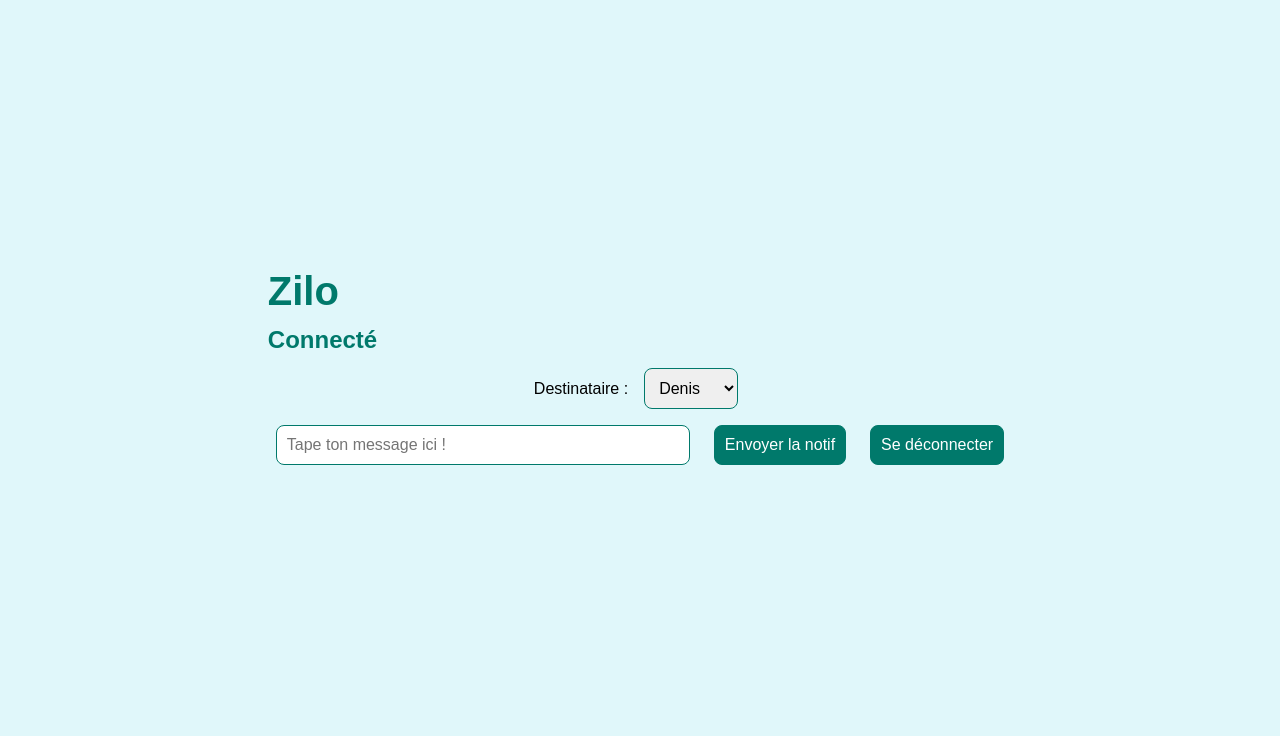
Repository: nlagardere/LumoNet
Page: public/index.html
These files come from the project's save history. The page is drawn as it stood at one moment and after a run of saves; the edit follows.
The browser window is 1280 px wide. The pictures show the whole page.

Above is the page before, as saved 2025-08-18 19:59:13.

### public/index.html
<!DOCTYPE html>
<html lang="fr">
<head>
  <meta charset="UTF-8" />
  <meta name="viewport" content="width=device-width, initial-scale=1.0" />
  <title>Zilo</title>
  <style>
    body {
      font-family: Arial, sans-serif;
      display:flex; flex-direction:column;
      align-items:center; justify-content:center;
      height:100vh; background:#e0f7fa;
    }

    h1, h2 {
      color:#00796b;
      margin:6px 0;
    }

    select, input, button {
      margin:8px;
      padding:10px;
      font-size:16px;
      border-radius:8px;
      border:1px solid #00796b;
    }

    button {
      background:#00796b;
      color:#fff;
      cursor:pointer;
    }

    button:hover{
      background:#004d40;
    }

    .row{
      display:flex;
      gap:8px;
      flex-wrap:wrap;
      align-items:center;
      justify-content:center;
    }


     .card h1 {
      font-size:2.5em;
      margin-bottom:12px;
      position: relative;
      top: 0px;
     }


  </style>
</head>
<body>
  <div class="card">
    <h1>Zilo</h1>
    <h2 id="welcome">Connecté</h2>

    <div class="row">
      <label for="recipient">Destinataire :</label>
      <select id="recipient">
        <option value="denis">Denis</option>
        <option value="nathan">Nathan</option>
      </select>
    </div>

    <div class="row">
      <input id="message" type="text" placeholder="Tape ton message ici !" size="40" />
      <button id="send">Envoyer la notif</button>
      <button id="logout">Se déconnecter</button>
    </div>
  </div>

  <script>
    const messageInput = document.getElementById('message');

    async function send(){
      const recipient = document.getElementById('recipient').value;
      const message = messageInput.value.trim();
      if(!message){ alert('Écris un message !'); return; }

      const res = await fetch('/api/send', {
        method:'POST', headers:{'Content-Type':'application/json'},
        body: JSON.stringify({ recipient, message })
      });
      const data = await res.json();
      if(data.ok){
        messageInput.value = '';
        alert('Notification envoyée !');
      } else {
        if(res.status === 401){
          // non connecté → renvoie vers la connexion
          window.location.href = '/login.html';
        } else {
          alert('Erreur : ' + (data.error||'inconnue'));
        }
      }
    }

    async function logout(){
      await fetch('/api/logout');
      window.location.href = '/login.html';
    }

    document.getElementById('send').addEventListener('click', send);
    document.getElementById('logout').addEventListener('click', logout);
    messageInput.addEventListener('keydown', e => { if(e.key==='Enter') send(); });
  </script>
</body>
</html>

After the next 5 saves:
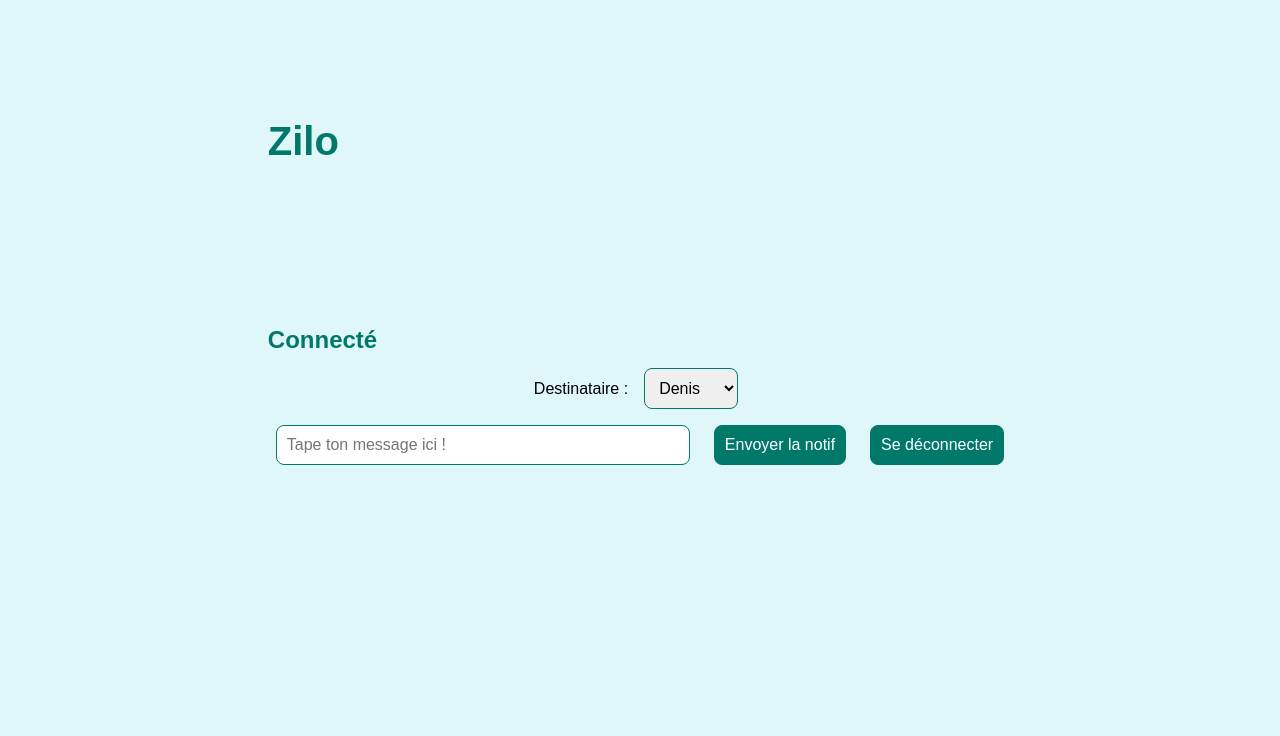
The 5 saves are shown as one change because they came seconds apart.
The last was saved 16 s later.
--- a/public/index.html
+++ b/public/index.html
@@ -48,7 +48,7 @@
       font-size:2.5em;
       margin-bottom:12px;
       position: relative;
-      top: 0px;
+      top: -150px;
      }
 
 
